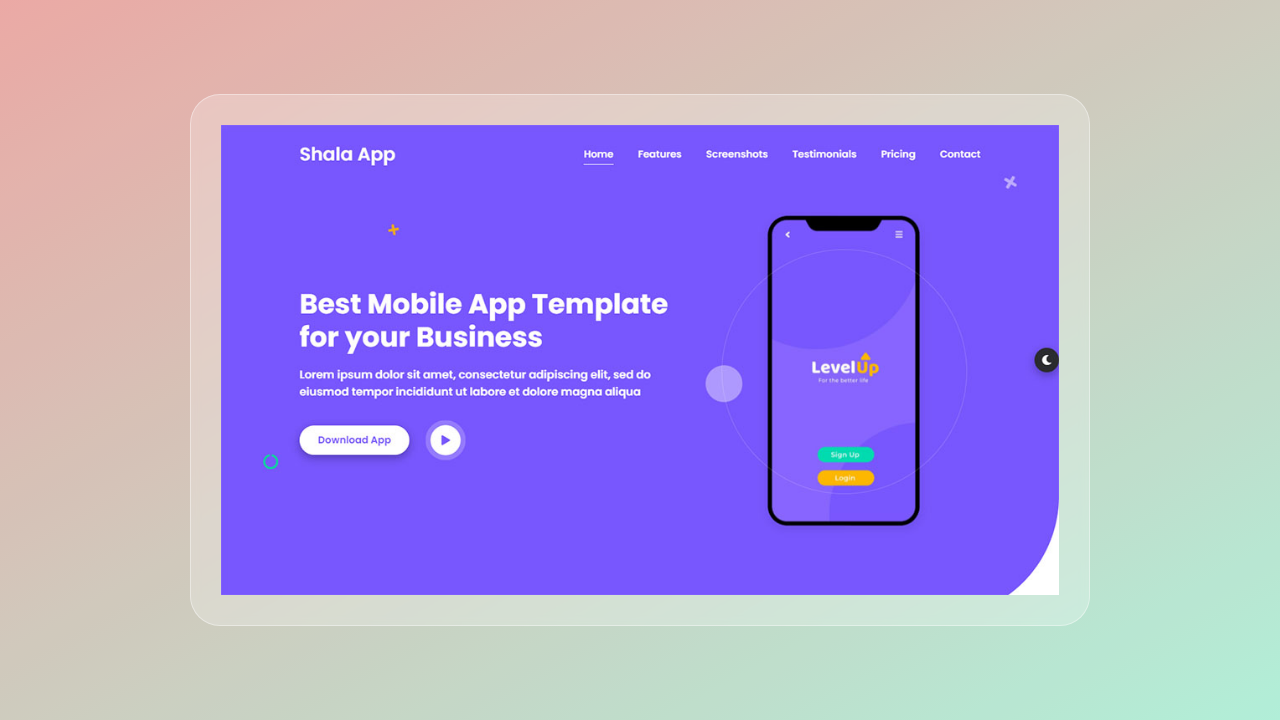
Repository: dewaary/Glassmorp-me
Page: index.html
These files come from the project's save history. The page is drawn as it stood at one moment and after a run of saves; the edit follows.
The browser window is 1280 px wide. The pictures show the whole page.

Above is the page before, as saved 2021-05-26 08:24:56.

After the next 2 saves:
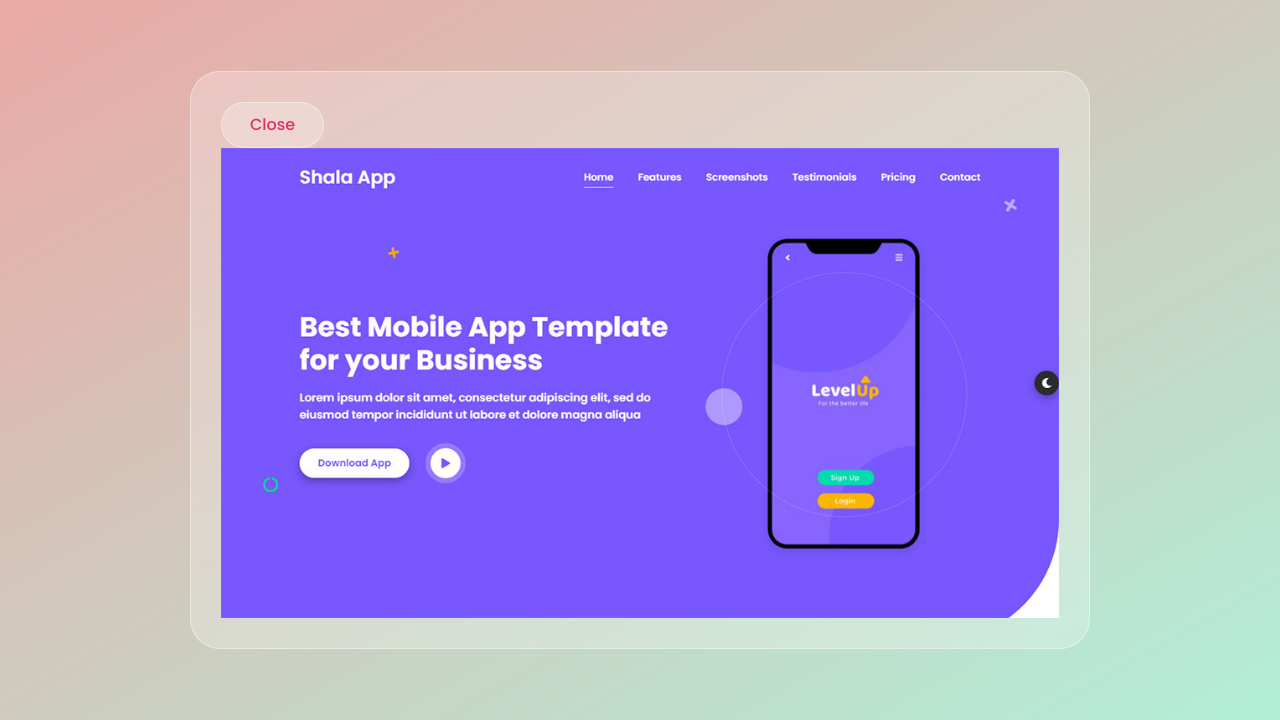
The 2 saves are shown as one change because they came seconds apart.
The last was saved 60 min 10 s later.
--- a/index.html
+++ b/index.html
@@ -302,6 +302,7 @@
         <div class="pp-inner">
             <div class="pp-content">
                 <div class="pp-header">
+                    <button type="button" class="btn pp-close">close</button>
                     <div class="pp-thumbnail">
                         <img src="img/portfolio/3.jpg" alt="pp thumbnail">
                     </div>
